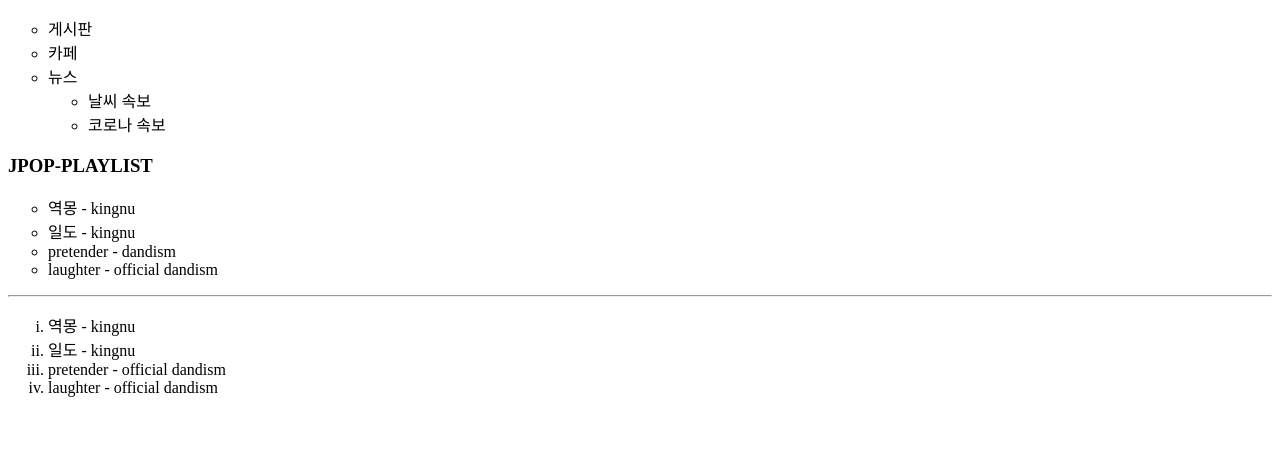
Repository: younseochoi/AI_PLATFORM
Page: my_code/03_web/html/src/main/webapp/list.html
These files come from the project's save history. The page is drawn as it stood at one moment and after the next save; the edit follows.
The browser window is 1280 px wide. The pictures show the whole page.

Above is the page before, as saved 2022-07-21 06:22:47.

After the next save:
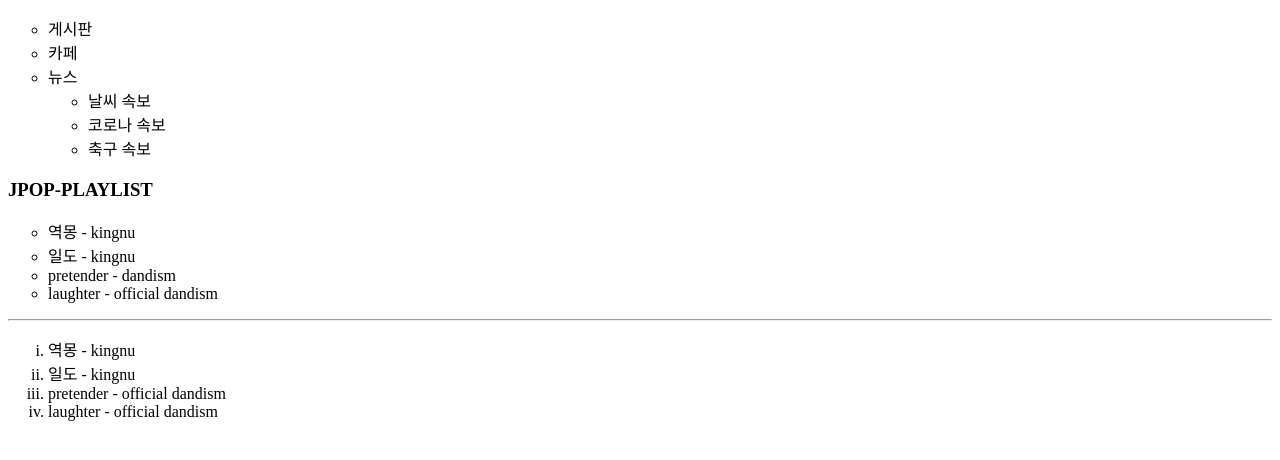
Saved 7 s later.
--- a/my_code/03_web/html/src/main/webapp/list.html
+++ b/my_code/03_web/html/src/main/webapp/list.html
@@ -12,6 +12,7 @@
 		<ul>
 			<li>날씨 속보</li>
 			<li>코로나 속보</li>
+			<li>축구 속보</li>
 		</ul>
 	</li>
 
